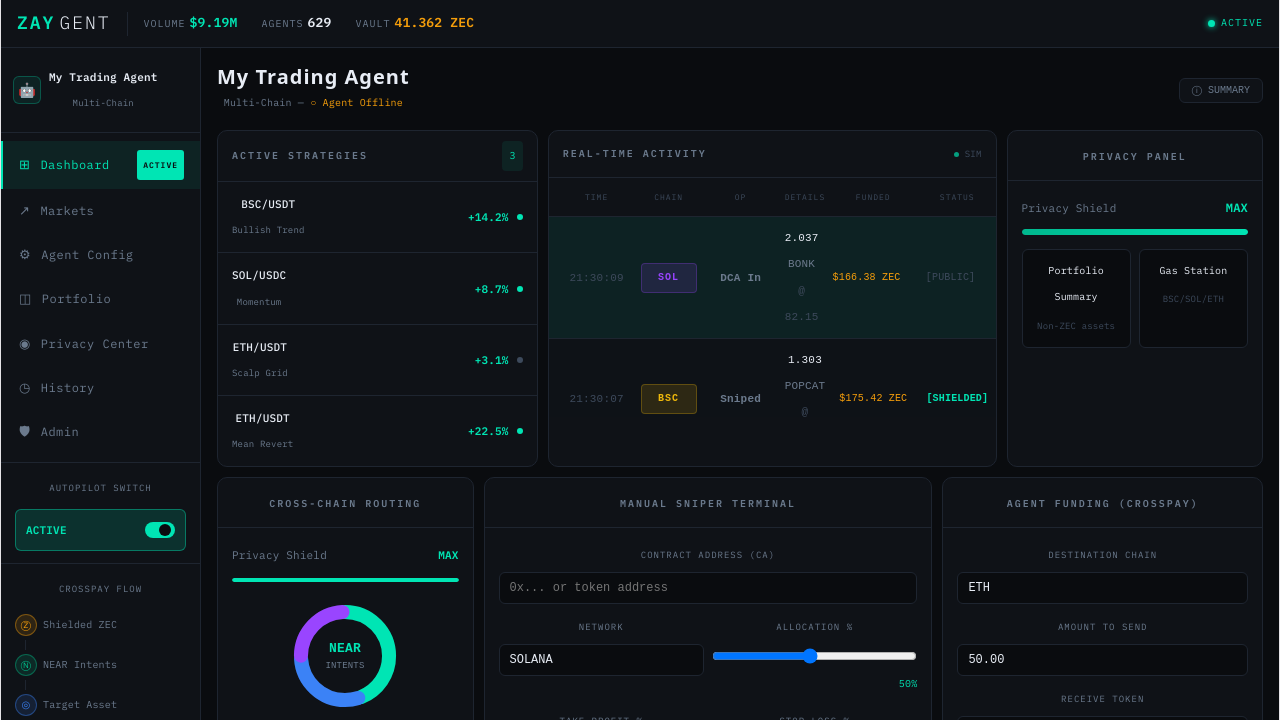
Repository: joshuaonazi/ZayAgent
Page: / (app in zaygent/)
These files come from the project's save history. The page is drawn as it stood at one moment and after the next save; the edit follows.
The browser window is 1280 px wide. The pictures show the whole page.
The page's requests for data from a server got no answer. An inner scrolling area shows only its first screen. The project was rebuilt for these pictures with package versions that can differ from the ones it lists, and the page was loaded fresh each time. No one was signed in, and anything a server would have sent is missing. Also part of the build but not shown: zaygent/vite.config.js, zaygent/src/components/StatCard.jsx, zaygent/src/pages/Markets.jsx, zaygent/src/pages/AgentConfig.jsx, zaygent/src/hooks/useAgentPositions.js, zaygent/src/components/PnLCard.jsx, zaygent/src/components/PnLCardModal.jsx, zaygent/src/pages/Portfolio.jsx and 3 more.

Above is the page before, as saved 2026-06-12 15:24:19.

### zaygent/index.html
<!doctype html>
<html lang="en">
  <head>
    <meta charset="UTF-8" />
    <link rel="icon" type="image/svg+xml" href="/favicon.svg" />
    <meta name="viewport" content="width=device-width, initial-scale=1.0" />
    <title>zaygent</title>
  </head>
  <body>
    <div id="root"></div>
    <script type="module" src="/src/main.jsx"></script>
  </body>
</html>

### zaygent/src/index.css
:root {
  --text: #6b6375;
  --text-h: #08060d;
  --bg: #fff;
  --border: #e5e4e7;
  --code-bg: #f4f3ec;
  --accent: #aa3bff;
  --accent-bg: rgba(170, 59, 255, 0.1);
  --accent-border: rgba(170, 59, 255, 0.5);
  --social-bg: rgba(244, 243, 236, 0.5);
  --shadow:
    rgba(0, 0, 0, 0.1) 0 10px 15px -3px, rgba(0, 0, 0, 0.05) 0 4px 6px -2px;

  --sans: system-ui, 'Segoe UI', Roboto, sans-serif;
  --heading: system-ui, 'Segoe UI', Roboto, sans-serif;
  --mono: ui-monospace, Consolas, monospace;

  font: 18px/145% var(--sans);
  letter-spacing: 0.18px;
  color-scheme: light dark;
  color: var(--text);
  background: var(--bg);
  font-synthesis: none;
  text-rendering: optimizeLegibility;
  -webkit-font-smoothing: antialiased;
  -moz-osx-font-smoothing: grayscale;

  @media (max-width: 1024px) {
    font-size: 16px;
  }
}

@media (prefers-color-scheme: dark) {
  :root {
    --text: #9ca3af;
    --text-h: #f3f4f6;
    --bg: #16171d;
    --border: #2e303a;
    --code-bg: #1f2028;
    --accent: #c084fc;
    --accent-bg: rgba(192, 132, 252, 0.15);
    --accent-border: rgba(192, 132, 252, 0.5);
    --social-bg: rgba(47, 48, 58, 0.5);
    --shadow:
      rgba(0, 0, 0, 0.4) 0 10px 15px -3px, rgba(0, 0, 0, 0.25) 0 4px 6px -2px;
  }

  #social .button-icon {
    filter: invert(1) brightness(2);
  }
}

body {
  margin: 0;
}

#root {
  width: 1126px;
  max-width: 100%;
  margin: 0 auto;
  text-align: center;
  border-inline: 1px solid var(--border);
  min-height: 100svh;
  display: flex;
  flex-direction: column;
  box-sizing: border-box;
}

h1,
h2 {
  font-family: var(--heading);
  font-weight: 500;
  color: var(--text-h);
}

h1 {
  font-size: 56px;
  letter-spacing: -1.68px;
  margin: 32px 0;
  @media (max-width: 1024px) {
    font-size: 36px;
    margin: 20px 0;
  }
}
h2 {
  font-size: 24px;
  line-height: 118%;
  letter-spacing: -0.24px;
  margin: 0 0 8px;
  @media (max-width: 1024px) {
    font-size: 20px;
  }
}
p {
  margin: 0;
}

code,
.counter {
  font-family: var(--mono);
  display: inline-flex;
  border-radius: 4px;
  color: var(--text-h);
}

code {
  font-size: 15px;
  line-height: 135%;
  padding: 4px 8px;
  background: var(--code-bg);
}

* {
  margin: 0;
  padding: 0;
  box-sizing: border-box;
}

html, body, #root {
  width: 100%;
  height: 100%;
  overflow: hidden;
}

### zaygent/src/App.jsx
import Zaygent from './zaygent';
export default function App() { return <Zaygent />; }

### zaygent/src/zaygent.jsx
import { useState, useEffect } from "react";
import { COLORS, tokens, ops } from "./constants/colors";
import Dashboard     from "./pages/Dashboard";
import Markets       from "./pages/Markets";
import AgentConfig   from "./pages/AgentConfig";
import Portfolio     from "./pages/Portfolio";
import PrivacyCenter from "./pages/PrivacyCenter";
import History       from "./pages/History";
import Admin         from "./pages/Admin";

function randomActivity() {
  const chainKeys = ["SOLANA", "BSC", "ETH"];
  const chain     = chainKeys[Math.floor(Math.random() * 3)];
  const token     = tokens[Math.floor(Math.random() * tokens.length)];
  const op        = ops[Math.floor(Math.random() * ops.length)];
  const amount    = (Math.random() * 2 + 0.1).toFixed(3);
  const price     = (Math.random() * 200 + 10).toFixed(2);
  const zec       = (Math.random() * 300 + 50).toFixed(2);
  const now       = new Date();
  const ts        = `${String(now.getHours()).padStart(2,"0")}:${String(now.getMinutes()).padStart(2,"0")}:${String(now.getSeconds()).padStart(2,"0")}`;
  const isProfit  = op === "TP Hit" || op === "Sold";
  return { chain, token, op, amount, price, zec, ts, shielded: Math.random() > 0.3, profit: isProfit, id: Math.random() };
}

const navItems = [
  { icon: "⊞", label: "Dashboard"      },
  { icon: "↗", label: "Markets"        },
  { icon: "⚙", label: "Agent Config"   },
  { icon: "◫", label: "Portfolio"      },
  { icon: "◉", label: "Privacy Center" },
  { icon: "◷", label: "History"        },
  { icon: "🛡", label: "Admin"          },
];

export default function Zaygent() {
  const [activeNav,   setActiveNav]   = useState("Dashboard");
  const [agentActive, setAgentActive] = useState(true);
  const [activities,  setActivities]  = useState(() => Array.from({ length: 12 }, () => randomActivity()));
  const [freshIds,    setFreshIds]    = useState(new Set());
  const [totalVolume]                 = useState((Math.random() * 9 + 1).toFixed(2));
  const [activeAgents]                = useState(Math.floor(Math.random() * 800 + 200));
  const [vaultBalance]                = useState((Math.random() * 40 + 10).toFixed(3));
  const [sidebarOpen, setSidebarOpen] = useState(false);
  const [isMobile,    setIsMobile]    = useState(window.innerWidth < 768);

  useEffect(() => {
    const h = () => setIsMobile(window.innerWidth < 768);
    window.addEventListener("resize", h);
    return () => window.removeEventListener("resize", h);
  }, []);

  useEffect(() => {
    if (!agentActive) return;
    const iv = setInterval(() => {
      const newItem = randomActivity();
      setActivities(prev => [newItem, ...prev].slice(0, 40));
      setFreshIds(prev => new Set([...prev, newItem.id]));
      setTimeout(() => setFreshIds(prev => { const n = new Set(prev); n.delete(newItem.id); return n; }), 1200);
    }, 1800);
    return () => clearInterval(iv);
  }, [agentActive]);

  const handleNavClick = (label) => {
    setActiveNav(label);
    setSidebarOpen(false);
  };

  const renderPage = () => {
    switch (activeNav) {
      case "Markets":        return <Markets />;
      case "Agent Config":   return <AgentConfig />;
      case "Portfolio":      return <Portfolio />;
      case "Privacy Center": return <PrivacyCenter />;
      case "History":        return <History />;
      case "Admin":          return <Admin />;
      default:               return <Dashboard agentActive={agentActive} activities={activities} freshIds={freshIds} />;
    }
  };

  return (
    <div style={{ background: COLORS.bg, height: "100vh", fontFamily: "'IBM Plex Mono', 'Courier New', monospace", display: "flex", flexDirection: "column", overflow: "hidden" }}>
      <link href="https://fonts.googleapis.com/css2?family=IBM+Plex+Mono:wght@300;400;500;600&display=swap" rel="stylesheet" />

      {/* Top Ribbon */}
      <div style={{ background: COLORS.bgCard, borderBottom: `1px solid ${COLORS.border}`, padding: "0 16px", display: "flex", alignItems: "center", gap: 16, height: 48, flexShrink: 0 }}>
        {isMobile && (
          <button onClick={() => setSidebarOpen(o => !o)} style={{ background: "none", border: "none", color: COLORS.teal, fontSize: 18, cursor: "pointer", padding: 0, flexShrink: 0 }}>
            {sidebarOpen ? "✕" : "☰"}
          </button>
        )}
        <div style={{ display: "flex", alignItems: "center", gap: 4 }}>
          <span style={{ color: COLORS.teal, fontSize: isMobile ? 15 : 18, fontWeight: 700, letterSpacing: 2 }}>ZAY</span>
          <span style={{ color: COLORS.textPrimary, fontSize: isMobile ? 15 : 18, fontWeight: 300, letterSpacing: 2 }}>GENT</span>
        </div>
        {!isMobile && <div style={{ width: 1, height: 24, background: COLORS.border }} />}
        <div style={{ display: "flex", gap: isMobile ? 12 : 24, flex: 1, overflowX: "auto" }}>
          {[
            { label: "Volume",  value: `$${totalVolume}M`,          color: COLORS.teal        },
            { label: "Agents",  value: activeAgents.toLocaleString(), color: COLORS.textPrimary },
            { label: "Vault",   value: `${vaultBalance} ZEC`,        color: COLORS.amber       },
          ].map(m => (
            <div key={m.label} style={{ display: "flex", gap: 4, alignItems: "baseline", flexShrink: 0 }}>
              <span style={{ fontSize: isMobile ? 8 : 10, color: COLORS.textSecondary, letterSpacing: 1 }}>{m.label.toUpperCase()}</span>
              <span style={{ fontSize: isMobile ? 11 : 13, fontWeight: 600, color: m.color }}>{m.value}</span>
            </div>
          ))}
        </div>
        <div style={{ display: "flex", alignItems: "center", gap: 6, flexShrink: 0 }}>
          <div style={{ width: 7, height: 7, borderRadius: "50%", background: agentActive ? COLORS.teal : COLORS.red, boxShadow: agentActive ? `0 0 6px ${COLORS.teal}` : "none" }} />
          {!isMobile && <span style={{ fontSize: 10, color: agentActive ? COLORS.teal : COLORS.red, letterSpacing: 1 }}>{agentActive ? "ACTIVE" : "PAUSED"}</span>}
        </div>
      </div>

      <div style={{ display: "flex", flex: 1, overflow: "hidden", position: "relative" }}>

        {/* Mobile Overlay */}
        {isMobile && sidebarOpen && (
          <div onClick={() => setSidebarOpen(false)} style={{ position: "absolute", inset: 0, background: "rgba(0,0,0,0.6)", zIndex: 10 }} />
        )}

        {/* Sidebar */}
        <div style={{
          width: 200, background: COLORS.bgCard,
          borderRight: `1px solid ${COLORS.border}`,
          display: "flex", flexDirection: "column",
          flexShrink: 0, overflow: "auto",
          ...(isMobile ? {
            position: "absolute", top: 0, left: 0, bottom: 0, zIndex: 20,
            transform: sidebarOpen ? "translateX(0)" : "translateX(-100%)",
            transition: "transform 0.25s ease",
          } : {}),
        }}>
          <div style={{ padding: "16px 12px", borderBottom: `1px solid ${COLORS.border}` }}>
            <div style={{ display: "flex", alignItems: "center", gap: 8 }}>
              <div style={{ width: 28, height: 28, borderRadius: 6, background: COLORS.tealFaint, border: `1px solid ${COLORS.teal}44`, display: "flex", alignItems: "center", justifyContent: "center" }}>
                <span style={{ fontSize: 14 }}>🤖</span>
              </div>
              <div>
                <div style={{ fontSize: 11, fontWeight: 600, color: COLORS.textPrimary }}>My Trading Agent</div>
                <div style={{ fontSize: 9, color: COLORS.textSecondary }}>Multi-Chain</div>
              </div>
            </div>
          </div>

          <nav style={{ padding: "8px 0" }}>
            {navItems.map(n => (
              <div key={n.label} onClick={() => handleNavClick(n.label)}
                style={{ display: "flex", alignItems: "center", gap: 10, padding: "9px 16px", cursor: "pointer", fontSize: 12, letterSpacing: 0.5, color: activeNav === n.label ? COLORS.teal : COLORS.textSecondary, background: activeNav === n.label ? COLORS.tealFaint : "transparent", borderLeft: activeNav === n.label ? `2px solid ${COLORS.teal}` : "2px solid transparent", transition: "all 0.15s" }}>
                <span style={{ fontSize: 13 }}>{n.icon}</span>
                {n.label}
                {n.label === "Dashboard" && (
                  <span style={{ marginLeft: "auto", background: COLORS.teal, color: COLORS.bg, fontSize: 8, padding: "2px 6px", borderRadius: 3, fontWeight: 700, letterSpacing: 1 }}>ACTIVE</span>
                )}
              </div>
            ))}
          </nav>

          <div style={{ padding: "12px 14px", borderTop: `1px solid ${COLORS.border}`, borderBottom: `1px solid ${COLORS.border}` }}>
            <div style={{ fontSize: 9, color: COLORS.textSecondary, letterSpacing: 1, marginBottom: 8 }}>AUTOPILOT SWITCH</div>
            <div onClick={() => setAgentActive(a => !a)}
              style={{ display: "flex", alignItems: "center", justifyContent: "space-between", background: agentActive ? COLORS.tealGlow : COLORS.bgCardHover, border: `1px solid ${agentActive ? COLORS.teal + "66" : COLORS.border}`, borderRadius: 6, padding: "7px 10px", cursor: "pointer", transition: "all 0.2s" }}>
              <span style={{ fontSize: 11, color: agentActive ? COLORS.teal : COLORS.textSecondary, fontWeight: 600 }}>{agentActive ? "ACTIVE" : "PAUSED"}</span>
              <div style={{ width: 30, height: 16, borderRadius: 8, background: agentActive ? COLORS.teal : COLORS.border, position: "relative", transition: "background 0.2s" }}>
                <div style={{ position: "absolute", top: 2, left: agentActive ? 14 : 2, width: 12, height: 12, borderRadius: "50%", background: agentActive ? COLORS.bg : COLORS.textMuted, transition: "left 0.2s" }} />
              </div>
            </div>
          </div>

          <div style={{ padding: "12px 14px", borderBottom: `1px solid ${COLORS.border}` }}>
            <div style={{ fontSize: 9, color: COLORS.textSecondary, letterSpacing: 1, marginBottom: 10 }}>CROSSPAY FLOW</div>
            {[
              { label: "Shielded ZEC", color: COLORS.amber, icon: "Ⓩ" },
              { label: "NEAR Intents", color: COLORS.near,  icon: "Ⓝ" },
              { label: "Target Asset", color: COLORS.blue,  icon: "◎" },
            ].map((step, i) => (
              <div key={step.label}>
                <div style={{ display: "flex", alignItems: "center", gap: 6 }}>
                  <div style={{ width: 22, height: 22, borderRadius: "50%", background: step.color + "22", border: `1px solid ${step.color}66`, display: "flex", alignItems: "center", justifyContent: "center", fontSize: 10, color: step.color }}>{step.icon}</div>
                  <span style={{ fontSize: 10, color: COLORS.textSecondary }}>{step.label}</span>
                </div>
                {i < 2 && <div style={{ width: 1, height: 10, background: COLORS.border, margin: "2px 10px" }} />}
              </div>
            ))}
          </div>

          <div style={{ padding: "12px 14px" }}>
            <div style={{ fontSize: 9, color: COLORS.textSecondary, letterSpacing: 1, marginBottom: 6 }}>LINKED WALLET</div>
            <div style={{ fontSize: 10, color: COLORS.teal }}>Z...shielded</div>
            <div style={{ fontSize: 9, color: COLORS.textMuted, marginTop: 2 }}>ZEC balance</div>
            <div style={{ marginTop: 8, fontSize: 9, color: COLORS.textSecondary }}>Monitoring: BSC · ETH · SOL</div>
          </div>
        </div>

        {/* Page Content */}
        <div style={{ flex: 1, overflow: "auto", padding: isMobile ? 10 : 16 }}>
          {renderPage()}
        </div>
      </div>

      {/* Mobile Bottom Nav */}
      {isMobile && (
        <div style={{ background: COLORS.bgCard, borderTop: `1px solid ${COLORS.border}`, display: "flex", justifyContent: "space-around", padding: "6px 0", flexShrink: 0 }}>
          {navItems.slice(0, 6).map(n => (
            <div key={n.label} onClick={() => handleNavClick(n.label)}
              style={{ display: "flex", flexDirection: "column", alignItems: "center", gap: 2, padding: "4px 6px", cursor: "pointer", flex: 1 }}>
              <span style={{ fontSize: 16, color: activeNav === n.label ? COLORS.teal : COLORS.textMuted }}>{n.icon}</span>
              <span style={{ fontSize: 7, color: activeNav === n.label ? COLORS.teal : COLORS.textMuted, letterSpacing: 0.5 }}>{n.label.split(" ")[0].toUpperCase()}</span>
            </div>
          ))}
        </div>
      )}

      <style>{`
        @keyframes pulse { 0%,100%{opacity:1} 50%{opacity:0.3} }
        ::-webkit-scrollbar       { width: 4px; height: 4px; }
        ::-webkit-scrollbar-track { background: ${COLORS.bg}; }
        ::-webkit-scrollbar-thumb { background: ${COLORS.border}; border-radius: 2px; }
        select option             { background: #0f1217; color: #e8edf5; }
      `}</style>
    </div>
  );
}

### zaygent/src/components/Badge.jsx
import { chains } from "../constants/colors";

export default function Badge({ chain }) {
  const c = chains[chain] || chains.BSC;
  return (
    <span style={{
      background: c.color + "22",
      color: c.color,
      border: `1px solid ${c.color}44`,
      borderRadius: 4,
      padding: "1px 6px",
      fontSize: 10,
      fontFamily: "monospace",
      fontWeight: 700,
      letterSpacing: 1,
    }}>
      {c.label}
    </span>
  );
}

### zaygent/src/components/DonutChart.jsx
import { COLORS } from "../constants/colors";

export default function DonutChart({ data, size: sizeProp, label, sublabel }) {
  const size   = sizeProp || 120;
  const cx     = size / 2;
  const cy     = size / 2;
  const r      = size * 0.367;
  const stroke = size * 0.117;
  const total  = data.reduce((s, d) => s + d.value, 0);

  let offset = 0;
  const slices = data.map((d) => {
    const len  = (d.value / total) * (2 * Math.PI * r);
    const gap  = 3;
    const slice = {
      ...d,
      dashArray:  `${len - gap} ${2 * Math.PI * r - len + gap}`,
      dashOffset: -offset,
    };
    offset += len;
    return slice;
  });

  return (
    <svg width={size} height={size} viewBox={`0 0 ${size} ${size}`}>
      <circle cx={cx} cy={cy} r={r} fill="none" stroke={COLORS.border} strokeWidth={stroke} />
      {slices.map((s, i) => (
        <circle
          key={i} cx={cx} cy={cy} r={r}
          fill="none"
          stroke={s.color}
          strokeWidth={stroke}
          strokeDasharray={s.dashArray}
          strokeDashoffset={s.dashOffset}
          strokeLinecap="round"
          style={{ transform: "rotate(-90deg)", transformOrigin: "center" }}
        />
      ))}
      {label && (
        <text x={cx} y={cy - 4} textAnchor="middle" fill={COLORS.teal}
          fontSize={size * 0.108} fontWeight="600" fontFamily="monospace">
          {label}
        </text>
      )}
      {sublabel && (
        <text x={cx} y={cy + size * 0.1} textAnchor="middle" fill={COLORS.textSecondary}
          fontSize={size * 0.075} fontFamily="monospace">
          {sublabel}
        </text>
      )}
    </svg>
  );
}

### zaygent/src/components/ActivityRow.jsx
import { COLORS } from "../constants/colors";
import Badge from "./Badge";

export default function ActivityRow({ item, fresh }) {
  return (
    <div style={{
      display: "grid",
      gridTemplateColumns: "72px 56px 72px 1fr 80px 72px",
      gap: 8,
      padding: "8px 12px",
      borderBottom: `1px solid ${COLORS.border}`,
      fontSize: 11,
      fontFamily: "monospace",
      alignItems: "center",
      background: fresh ? COLORS.tealFaint : "transparent",
      transition: "background 1s ease",
    }}>
      <span style={{ color: COLORS.textMuted }}>{item.ts}</span>
      <Badge chain={item.chain} />
      <span style={{ color: item.profit ? COLORS.teal : COLORS.textSecondary, fontWeight: 600 }}>
        {item.op}
      </span>
      <span style={{ color: COLORS.textPrimary }}>
        {item.amount}{" "}
        <span style={{ color: COLORS.textSecondary }}>{item.token}</span>{" "}
        <span style={{ color: COLORS.textMuted }}>@ {item.price}</span>
      </span>
      <span style={{ color: COLORS.amber, fontSize: 10 }}>${item.zec} ZEC</span>
      {item.shielded
        ? <span style={{ color: COLORS.teal,      fontSize: 10, fontWeight: 700 }}>[SHIELDED]</span>
        : <span style={{ color: COLORS.textMuted, fontSize: 10 }}>[PUBLIC]</span>
      }
    </div>
  );
}

Loaded but not shown: zaygent/src/main.jsx (common file); zaygent/src/constants/colors.js (85 lines, source omitted); zaygent/src/hooks/useAgentEvents.js (82 lines, source omitted); zaygent/src/pages/Dashboard.jsx (282 lines, source omitted)

After the next save:
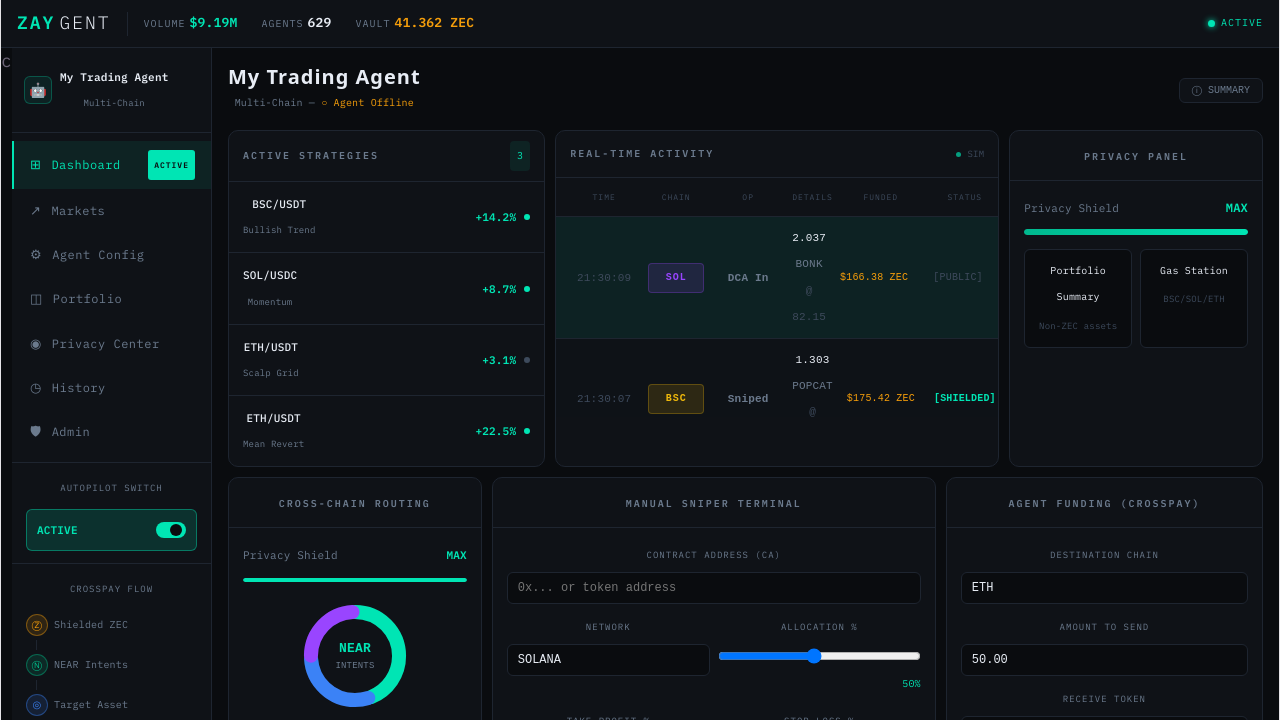
Saved 3 days later.
--- a/zaygent/src/zaygent.jsx
+++ b/zaygent/src/zaygent.jsx
@@ -118,7 +118,7 @@ export default function Zaygent() {
           <div onClick={() => setSidebarOpen(false)} style={{ position: "absolute", inset: 0, background: "rgba(0,0,0,0.6)", zIndex: 10 }} />
         )}
 
-        {/* Sidebar */}
+        {/* Sidebar */}c
         <div style={{
           width: 200, background: COLORS.bgCard,
           borderRight: `1px solid ${COLORS.border}`,
